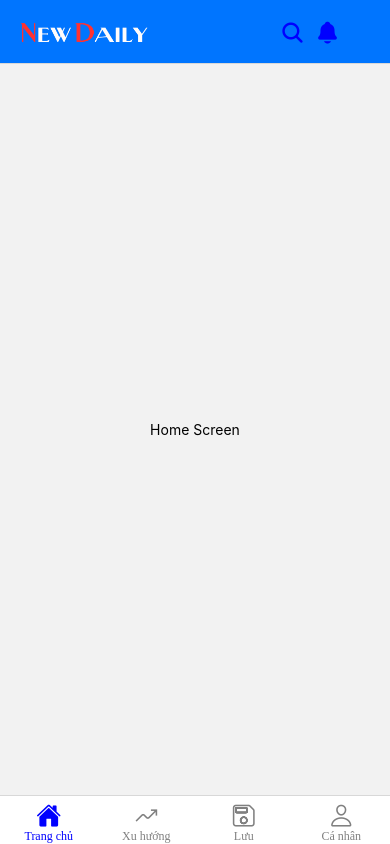
Repository: Quynhhuong150322/New_Daily
Screen: /BottomTab
The author's editor kept a copy of each file at every save. The screen is drawn from the files as they stood at one save, then again after the next save.
The app was drawn by React Native's web renderer in a window 390 px wide. The project was rebuilt for these pictures with package versions that can differ from the ones it lists, and the page was loaded fresh each time. Also part of the build but not shown: firebase.js, screens/Login.js, screens/Signup.js, screens/Trending.js, screens/Save.js, components/Divider.js, components/Tab.js, screens/Profile.js and 4 more.

Above is the screen before, as saved 2023-12-20 06:30:11.

### App.js
import React from "react";
import {  StyleSheet, View } from "react-native";
import AppNavigator from "./navigation/AppNavigator";


export default function App() {
  return (
    <View style={styles.container}>
      <AppNavigator />
    </View>
  );
}

const styles = StyleSheet.create({
  container: {
    flex: 1,
  },
});

### navigation/AppNavigator.js
import { NavigationContainer } from '@react-navigation/native';
import { createNativeStackNavigator } from "@react-navigation/native-stack"
import Login from "../screens/Login";
import Signup from "../screens/Signup";
import  Welcome from "../screens/Welcome";
import  Home from "../screens/Home";
import  BottomTab from "../screens/ButtomTab";
import Trending from '../screens/Trending'
import Save from '../screens/Save'
import Profile from '../screens/Profile'
import Setting from '../screens/Setting'
import Dark_Mode from '../screens/Dark_Mode'
import Following from '../screens/Following'
import Notification from '../screens/Following'
import Privacy_Policy from '../screens/Following'
import Read_Later from '../screens/Following'
import Read_Recently from '../screens/Dark_Mode'
import Saved from '../screens/Following'
import Terms_Of_Use from '../screens/Following'
import Reading_Mode from '../screens/Reading_Mode'

const Stack = createNativeStackNavigator();


export default function AppNavigator() {
  return (
    <NavigationContainer>
      <Stack.Navigator
        initialRouteName='Welcome'
      >
        <Stack.Screen
          name="Welcome"
          component={Welcome}
          options={{
            headerShown: false
          }}
        />
        <Stack.Screen
          name="Login"
          component={Login}
          options={{
            headerShown: false
          }}
        />
        <Stack.Screen
          name="Signup"
          component={Signup}
          options={{
            headerShown: false
          }}
        />
        <Stack.Screen
          name="BottomTab"
          component={BottomTab}
          options={{ headerShown: false }}
        />
        <Stack.Screen
          name="Home"
          component={Home}
          options={{ headerShown: false }}
        />
        <Stack.Screen
          name="Trending"
          component={Trending}
        />
        <Stack.Screen
          name="Save"
          component={Save}
        />
        <Stack.Screen
          name="Profile"
          component={Profile}
        />
        <Stack.Screen
          name="Setting"
          component={Setting}
        />
        <Stack.Screen
          name="Dark_Mode"
          component={Dark_Mode}
        />
        <Stack.Screen
          name="Following"
          component={Following}
        />
        <Stack.Screen
          name="Notification"
          component={Notification}
        />
        <Stack.Screen
          name="Privacy_Policy"
          component={Privacy_Policy}
        />
        <Stack.Screen
          name="Read_Later"
          component={Read_Later}
        />
        <Stack.Screen
          name="Read_Recently"
          component={Read_Recently}
        />
        <Stack.Screen
          name="Saved"
          component={Saved}
        />
        <Stack.Screen
          name="Terms_Of_Use"
          component={Terms_Of_Use}
        />
        <Stack.Screen
          name="Reading_Mode"
          component={Reading_Mode}
        />

      </Stack.Navigator>
    </NavigationContainer>
  );
}

### screens/Welcome.js
import { View, Text, Pressable, Image } from 'react-native'
import React from 'react'
import { LinearGradient } from "expo-linear-gradient";
import colors from '../constants/colors';
import Button from '../components/Button';

const Welcome = ({ navigation }) => {

    return (
        <LinearGradient
            style={{
                flex: 1
            }}
            colors={[colors.Xanh_nhat, colors.Xanh_nhat]}
        >
            <View style={{ flex: 1 }}>
                <View>
                    <Image
                        source={require("../assets/Loading.png")}
                        style={{
                            height: 500,
                            width: 500,
                            position: "absolute",
                            top: 5,
                            right: -50,
                        }}
                    />

                    {/* <Image
                        source={require("../assets/Logo-4.png")}
                        style={{
                            height: 100,
                            width: 100,
                            borderRadius: 20,
                            position: "absolute",
                            top: -30,
                            left: 100,
                            transform: [
                                { translateX: 50 },
                                { translateY: 50 },
                                { rotate: "-5deg" }
                            ]
                        }}
                    /> */}
                </View>

                {/* content  */}

                <View style={{
                    paddingHorizontal: 22,
                    position: "absolute",
                    top: 400,
                    width: "100%"
                }}>
                    <Text style={{
                        fontSize: 25,
                        fontWeight: 1000,
                        color: colors.Xam1,
                        top: 30,
                        fontFamily: 'OpenSans-Regular',
                    }}>Đọc báo chỉ với một ứng dụng</Text>
                    <Text style={{
                        fontSize: 40,
                        fontWeight: 800,
                        color: colors.Den,
                        fontFamily: 'Helvetica-Bold',
                        top: 40,
                    }}>New Daily</Text>

                    <View style={{ marginVertical: 22 }}>
                        <Text style={{
                            fontSize: 16,
                            color: colors.Xam1,
                            marginVertical: 4,
                            top: 40,
                            fontFamily: 'OpenSans-Regular',
                        }}>Đọc tin tức mới nhất một cách mượt mà và nhanh chóng vào thời gian rảnh</Text>

                    </View>

                    <Button
                        title= {
                            <Text style={{
                                color: colors.Trang, fontSize: 25,
                                fontFamily: 'Helvetica-Bold',
                                }}>Đọc ngay
                            </Text>
                        }
                        onPress={() => navigation.navigate("Signup")}
                        style={{
                            marginTop: 22,
                            width: "100%",
                            backgroundColor: colors.Xanh_dam,
                            top: 30,
                        }}
                    />

                    <View style={{
                        flexDirection: "row",
                        marginTop: 12,
                        justifyContent: "center",
                        top: 50
                    }}>
                        <Text style={{
                            fontSize: 16,
                            color: colors.Den
                        }}>Bạn đã có tài khoản chưa?</Text>
                        <Pressable
                            onPress={() => navigation.navigate("Login")}
                        >
                            <Text style={{
                                fontSize: 16,
                                color: colors.Xanh_dam,
                                fontWeight: "bold",
                                marginLeft: 4
                            }}>Đăng nhập</Text>
                        </Pressable>

                    </View>
                </View>
            </View>
        </LinearGradient>
    )
}

export default Welcome

### screens/Home.js
import React from 'react';
import { createStackNavigator } from '@react-navigation/stack';
import { View, Text, Image, TouchableOpacity } from 'react-native';
import Ionicons from 'react-native-vector-icons/Ionicons';

const HomeStack = createStackNavigator();

function LogoTitle() {
    return (
        <Image
            style={{ width: 128, height: 20, marginLeft:20, marginTop:0}}
            source={require('../assets/Logo.png')}
        />
    );
}

function HomeScreen() {
    return (
        <View style={{ flex: 1, justifyContent: 'center', alignItems: 'center' }}>
            <Text>Home Screen</Text>
        </View>
    );
}

const Home = () => {
    return (
        <HomeStack.Navigator>
            <HomeStack.Screen
                name="HomeScreen"
                component={HomeScreen}
                options={{
                    headerLeft: props => <LogoTitle {...props} />,
                    headerTitle: '',
                    headerRight: () => (
                        <View style={{ flexDirection: 'row', marginRight: 50 }}>
                            <TouchableOpacity onPress={() => {/* handle search press */}}>
                                <Ionicons name="search" size={25} color="blue" />
                            </TouchableOpacity>
                            <TouchableOpacity onPress={() => {/* handle notification press */}} style={{ marginLeft: 10 }}>
                                <Ionicons name="notifications" size={25} color="blue" />
                            </TouchableOpacity>
                        </View>
                    ),
                    headerStyle: {
                        backgroundColor: '#0075FF',
                    },
                }}
            />
        </HomeStack.Navigator>
    );
}

export default Home;

### screens/ButtomTab.js
import * as React from "react";
import { createBottomTabNavigator } from "@react-navigation/bottom-tabs";
import Ionicons from "react-native-vector-icons/Ionicons";
import Home from './Home'
import Trending from './Trending'
import Save from './Save'
import Profile from './Profile'

const Tab = createBottomTabNavigator();

export default function ButtomTab() {
    return (
        <Tab.Navigator
        screenOptions={({ route }) => ({
            tabBarIcon: ({ focused, color, size }) => {
            let iconName;

            if (route.name === "Trang chủ") {
                iconName = focused ? "home" : "home-outline";
            } else if (route.name === "Xu hướng") {
                iconName = focused ? "trending-up" : "trending-up-outline";
            } else if (route.name === "Lưu") {
                iconName = focused ? "save" : "save-outline";
            } else if (route.name === "Cá nhân") {
                iconName = focused ? "person" : "person-outline";
            }

            return <Ionicons name={iconName} size={size} color={color} style={{ marginTop: 5 }}/>;
            },
        })}
        tabBarOptions={{
            activeTintColor: "blue",
            inactiveTintColor: "gray",
            labelStyle: {
                fontSize: 12,
                fontFamily: 'OpenSans-Regular',
            },
        }}
        >
            <Tab.Screen
                name="Trang chủ"
                component={Home}
                options={{
                    // title: 'NEWDAILY',
                    headerStyle: {
                    backgroundColor: '#0075FF',

                    },
                    headerTitleStyle: {
                    color: 'white',
                    fontSize: 16,
                    paddingTop: 100,
                    marginLeft: 0
                    },
                    headerShown: false,
                }}
            />
            <Tab.Screen name="Xu hướng" component={Trending} />
            <Tab.Screen name="Lưu" component={Save} />
            <Tab.Screen name="Cá nhân" component={Profile} />
        </Tab.Navigator>
    );
}

### constants/colors.js
const colors = {
    Xanh_nhat: "#D0ECEF",
    Xanh_dam: "#0075FF",
    Do: "#FF0000",
    Xam1: "#666666",
    Xam2: "#9E9C9C",
    Xam3: "#C0C0C0",
    Den: "#222222",
    Trang: "#FFFFFF",

}

export default colors;

### components/Button.js
import { Text, TouchableOpacity, StyleSheet } from 'react-native'
import React from 'react'
import colors from '../constants/colors'

const Button = (props) => {
    const filledBgColor = props.color || colors.primary;
    const outlinedColor = colors.white;
    const bgColor = props.filled ? filledBgColor : outlinedColor;
    const textColor = props.filled ? colors.white : colors.primary;

    return (
        <TouchableOpacity
            style={{
                ...styles.button,
                ...{ backgroundColor: bgColor },
                ...props.style
            }}
            onPress={props.onPress}
        >
            <Text style={{ fontSize: 20, ... { color: textColor } }}>{props.title}</Text>
        </TouchableOpacity>
    )
}

const styles = StyleSheet.create({
    button: {
        paddingBottom: 16,
        paddingVertical: 10,
        borderColor: colors.Xanh_dam,
        borderWidth: 2,
        borderRadius: 12,
        alignItems: 'center',
        justifyContent: 'center'
    }
})
export default Button

After the next save:
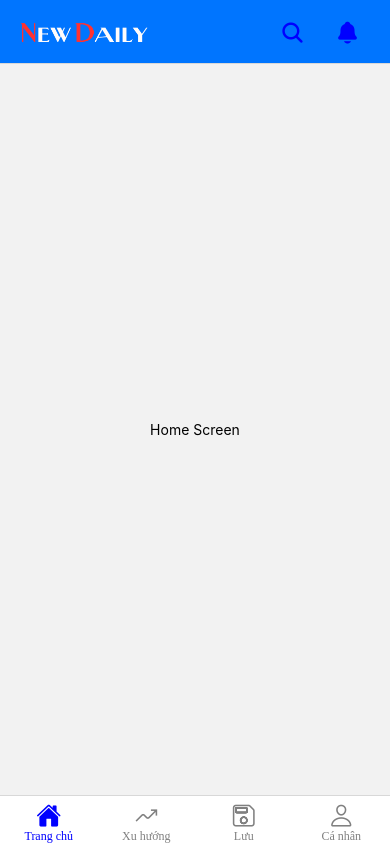
Saved 13 s later.
--- a/screens/Home.js
+++ b/screens/Home.js
@@ -32,11 +32,11 @@
                     headerLeft: props => <LogoTitle {...props} />,
                     headerTitle: '',
                     headerRight: () => (
-                        <View style={{ flexDirection: 'row', marginRight: 50 }}>
+                        <View style={{ flexDirection: 'row', marginRight: 30 }}>
                             <TouchableOpacity onPress={() => {/* handle search press */}}>
                                 <Ionicons name="search" size={25} color="blue" />
                             </TouchableOpacity>
-                            <TouchableOpacity onPress={() => {/* handle notification press */}} style={{ marginLeft: 10 }}>
+                            <TouchableOpacity onPress={() => {/* handle notification press */}} style={{ marginLeft: 30 }}>
                                 <Ionicons name="notifications" size={25} color="blue" />
                             </TouchableOpacity>
                         </View>
